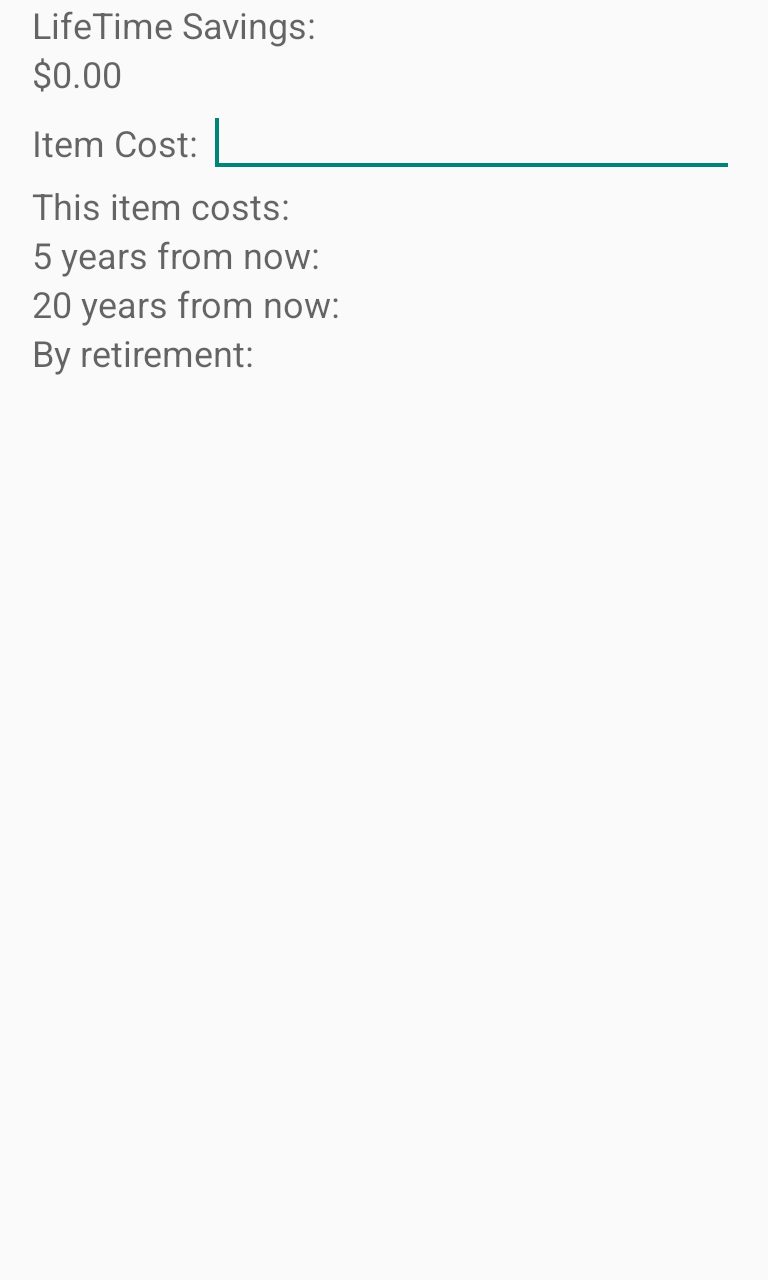
Repository: aallev11/saveit
Layout: ShouldISaveIt/res/layout/lifetimevalue.xml
The author's editor kept a copy of each file at every save. The layout is drawn from the files as they stood at one save, then again after the next save.
It is drawn on a 768 x 1280 px phone screen (xhdpi) without system bars, with theme AppTheme; the app's code is not run.

Above is the layout before, as saved 2014-03-30 12:47:50.

After the next save:
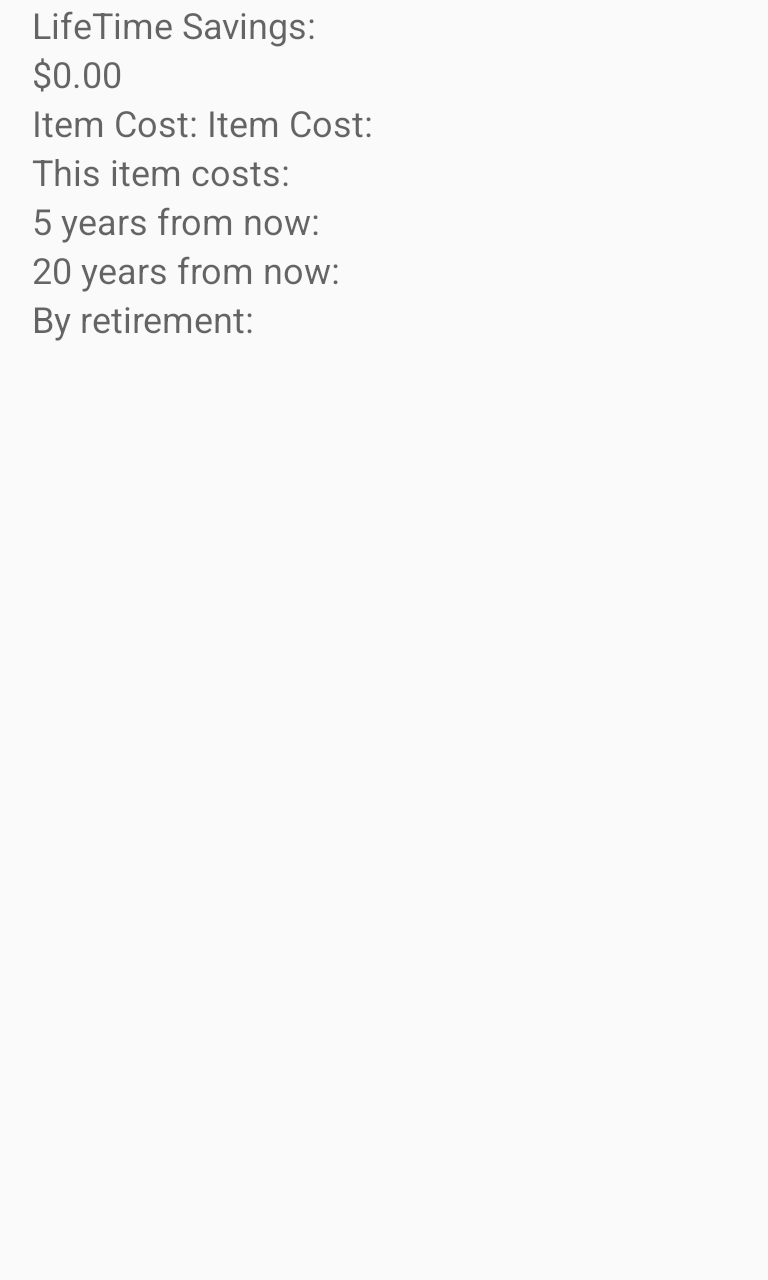
Saved 11 s later.
--- a/ShouldISaveIt/res/layout/lifetimevalue.xml
+++ b/ShouldISaveIt/res/layout/lifetimevalue.xml
@@ -35,17 +35,14 @@
                 android:layout_height="wrap_content"
                 android:text="Item Cost: "
                 android:textAppearance="?android:attr/textAppearanceMedium" />
+            <TextView
+                android:id="@+id/itemCost"
+                android:layout_width="wrap_content"
+                android:layout_height="wrap_content"
+                android:text="Item Cost: "
+                android:textAppearance="?android:attr/textAppearanceMedium" />
 
-            <EditText
-                android:id="@+id/editItemCost"
-                android:layout_width="match_parent"
-                android:layout_height="wrap_content"
-                android:ems="10"
-                android:inputType="numberDecimal"
-                android:width="40dp" >
 
-                <requestFocus />
-            </EditText>
         </LinearLayout>
 
         <TextView
